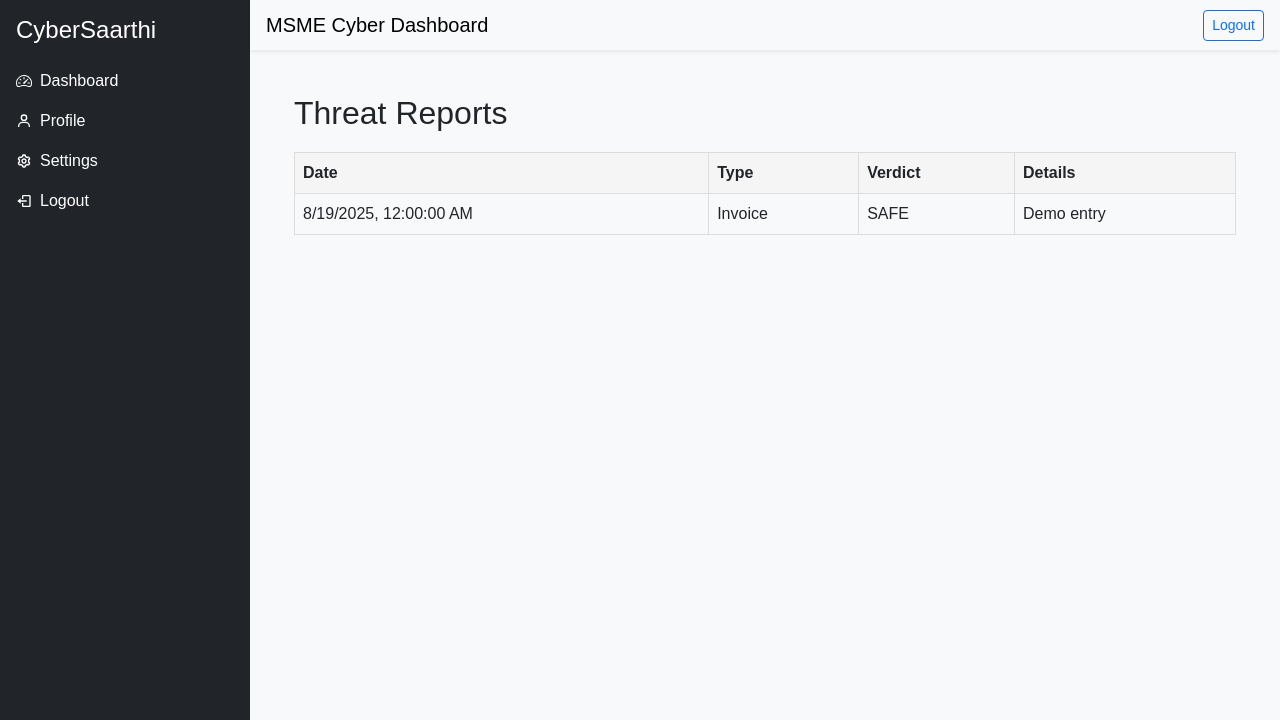
Repository: riyaaaa19/CyberSaarthi
Page: /reports (app in frontend/)
These files come from the project's save history. The page is drawn as it stood at one moment and after the next save; the edit follows.
The browser window is 1280 px wide. The pictures show the whole page.
The page's requests for data from a server got no answer. The project was rebuilt for these pictures with package versions that can differ from the ones it lists, and the page was loaded fresh each time. No one was signed in, and anything a server would have sent is missing. Also part of the build but not shown: frontend/vite.config.ts, frontend/src/pages/Dashboard.js, frontend/src/pages/Invoice.js, frontend/src/pages/Settings.js.

Above is the page before, as saved 2025-08-20 23:25:04.

### frontend/src/index.js
import React from "react";
import ReactDOM from "react-dom/client";
import App from "./App";
import "bootstrap/dist/css/bootstrap.min.css";
import "./styles/style.css";

const root = ReactDOM.createRoot(document.getElementById("root"));
root.render(<App />);

### frontend/src/App.js
import React from "react";
import { BrowserRouter as Router, Routes, Route, Navigate } from "react-router-dom";
import Sidebar from "./components/Sidebar";
import Navbar from "./components/Navbar";
import Dashboard from "./pages/Dashboard";
import Invoice from "./pages/Invoice";
import Reports from "./pages/Reports";
import Settings from "./pages/Settings";

function App() {
  return (
    <Router>
      <div className="d-flex">
        <Sidebar />
        <div className="flex-grow-1">
          <Navbar />
          <div className="p-4">
            <Routes>
              <Route path="/" element={<Navigate to="/dashboard" />} />
              <Route path="/dashboard" element={<Dashboard />} />
              <Route path="/invoice" element={<Invoice />} />
              <Route path="/reports" element={<Reports />} />
              <Route path="/settings" element={<Settings />} />
            </Routes>
          </div>
        </div>
      </div>
    </Router>
  );
}

export default App;

### frontend/src/styles/style.css
body {
  font-family: 'Poppins', sans-serif;
  background: #f8f9fa;
}
.sidebar {
  width: 250px;
  background: #fff;
  min-height: 100vh;
}
.nav-link.active {
  background-color: #0d6efd !important;
  color: #fff !important;
}

### frontend/src/components/Sidebar.js
import React from "react";
import { Link, useLocation } from "react-router-dom";

// Import correct icons
import { BsSpeedometer2 } from "react-icons/bs";   // Bootstrap speedometer
import { BiUser, BiCog, BiLogOut } from "react-icons/bi"; // Boxicons

function Sidebar() {
  const location = useLocation();

  return (
    <div className="sidebar bg-dark text-white p-3 vh-100">
      <h4 className="mb-4">CyberSaarthi</h4>
      <ul className="list-unstyled">
        <li className="mb-3">
          <Link
            to="/dashboard"
            className={`text-white text-decoration-none d-flex align-items-center ${
              location.pathname === "/dashboard" ? "fw-bold" : ""
            }`}
          >
            <BsSpeedometer2 className="me-2" />
            Dashboard
          </Link>
        </li>
        <li className="mb-3">
          <Link
            to="/profile"
            className={`text-white text-decoration-none d-flex align-items-center ${
              location.pathname === "/profile" ? "fw-bold" : ""
            }`}
          >
            <BiUser className="me-2" />
            Profile
          </Link>
        </li>
        <li className="mb-3">
          <Link
            to="/settings"
            className={`text-white text-decoration-none d-flex align-items-center ${
              location.pathname === "/settings" ? "fw-bold" : ""
            }`}
          >
            <BiCog className="me-2" />
            Settings
          </Link>
        </li>
        <li>
          <Link
            to="/logout"
            className="text-white text-decoration-none d-flex align-items-center"
          >
            <BiLogOut className="me-2" />
            Logout
          </Link>
        </li>
      </ul>
    </div>
  );
}

export default Sidebar;

### frontend/src/components/Navbar.js
import React from "react";

function Navbar() {
  return (
    <nav className="navbar navbar-light bg-light px-3 shadow-sm">
      <span className="navbar-brand mb-0 h5">MSME Cyber Dashboard</span>
      <button className="btn btn-sm btn-outline-primary">Logout</button>
    </nav>
  );
}

export default Navbar;

### frontend/src/pages/Reports.js
import React, { useEffect, useState } from "react";
import { getHistory } from "../services/api";

function Reports() {
  const [reports, setReports] = useState([]);

  useEffect(() => {
    getHistory(50,0).then((page) => {
      const mapped = (page.items || []).map(it => ({
        date: it.created_at,
        type: it.scan_type,
        verdict: it.verdict,
        details: it.explanation
      }));
      setReports(mapped);
    }).catch(() => {
      setReports([{ date: "2025-08-19", type: "Invoice", verdict: "SAFE", details: "Demo entry" }]);
    });
  }, []);

  const tableStyle = { width:"100%", borderCollapse:"collapse", marginTop:"20px" };
  const thtd = { border:"1px solid #ddd", padding:"8px", textAlign:"left" };
  const headerStyle = { ...thtd, background:"#f5f5f5", fontWeight:"bold" };

  return (
    <div style={{ padding:"20px" }}>
      <h2>Threat Reports</h2>
      <table style={tableStyle}>
        <thead>
          <tr>
            <th style={headerStyle}>Date</th>
            <th style={headerStyle}>Type</th>
            <th style={headerStyle}>Verdict</th>
            <th style={headerStyle}>Details</th>
          </tr>
        </thead>
        <tbody>
          {reports.map((r, idx) => (
            <tr key={idx}>
              <td style={thtd}>{new Date(r.date).toLocaleString()}</td>
              <td style={thtd}>{r.type}</td>
              <td style={thtd}>{r.verdict}</td>
              <td style={thtd}>{r.details}</td>
            </tr>
          ))}
        </tbody>
      </table>
    </div>
  );
}

export default Reports;

### frontend/src/services/api.js
const DEFAULT_API_BASE = window.localStorage.getItem('API_BASE') || "http://localhost:8000";
const API_BASE = DEFAULT_API_BASE.replace(/\/$/, "");
const V1 = "/v1";

function getApiKeyHeader() {
  const key = window.localStorage.getItem('API_KEY');
  return key ? { "x-api-key": key } : {};
}

async function handleResp(res) {
  const contentType = res.headers.get('content-type') || '';
  if (!res.ok) {
    let text = await res.text();
    try { text = JSON.parse(text); } catch(e){}
    throw new Error(text.detail || text || 'Request failed');
  }
  if (contentType.includes('application/json')) return res.json();
  return res.text();
}

export async function healthCheck() {
  const res = await fetch(`${API_BASE}${V1}/reports/health`, { headers: getApiKeyHeader() });
  return handleResp(res);
}

export async function getHistory(limit=20, offset=0) {
  const url = new URL(`${API_BASE}${V1}/reports/history`);
  url.searchParams.set('limit', limit);
  url.searchParams.set('offset', offset);
  const res = await fetch(url.toString(), { headers: getApiKeyHeader() });
  return handleResp(res);
}

export async function scanEmail(emailText, lang="en") {
  const body = { email_text: emailText, lang };
  const res = await fetch(`${API_BASE}${V1}/scan/email`, {
    method: 'POST',
    headers: { "Content-Type": "application/json", ...getApiKeyHeader() },
    body: JSON.stringify(body),
  });
  return handleResp(res);
}

export async function scanInvoiceText(invoiceText, lang="en") {
  const body = { invoice_text: invoiceText, lang };
  const res = await fetch(`${API_BASE}${V1}/scan/invoice`, {
    method: 'POST',
    headers: { "Content-Type": "application/json", ...getApiKeyHeader() },
    body: JSON.stringify(body),
  });
  return handleResp(res);
}

export async function uploadInvoiceFile(file) {
  const formData = new FormData();
  formData.append("file", file);
  const res = await fetch(`${API_BASE}${V1}/scan/invoice/upload`, {
    method: "POST",
    headers: getApiKeyHeader(),
    body: formData
  });
  return handleResp(res);
}

export function setRuntimeConfig({ apiBase, apiKey }) {
  if (apiBase !== undefined) window.localStorage.setItem('API_BASE', apiBase);
  if (apiKey !== undefined) {
    if (apiKey === "" || apiKey === null) window.localStorage.removeItem('API_KEY');
    else window.localStorage.setItem('API_KEY', apiKey);
  }
}

export { API_BASE };

### frontend/src/i18n.js
const MESSAGES = {
  en: {
    "email.safe": "Email appears safe.",
    "email.susp": "Suspicious indicators found (possible phishing).",
    "email.mal": "High-risk indicators found (likely phishing).",
    "invoice.safe": "Invoice looks consistent.",
    "invoice.susp": "Suspicious invoice indicators found.",
    "invoice.mal": "Likely fraudulent invoice detected.",
    "settings.title": "Settings",
    "settings.apiBase": "API Base URL",
    "settings.apiKey": "API Key (x-api-key header)",
    "settings.save": "Save",
    "invoice.upload": "Upload invoice file (PDF/image)",
    "invoice.paste": "Or paste invoice text",
    "invoice.scanText": "Scan Text",
    "reports.title": "Threat Reports",
    "dashboard.title": "Dashboard",
  },
  hi: {
    "email.safe": "ईमेल सुरक्षित प्रतीत होता है।",
    "email.susp": "संदिग्ध संकेत मिले (संभावित फ़िशिंग)।",
    "email.mal": "उच्च जोखिम संकेत (संभावित फ़िशिंग)।",
    "invoice.safe": "इनवॉइस सही लगता है।",
    "invoice.susp": "इनवॉइस में संदिग्ध संकेत मिले।",
    "invoice.mal": "संभावित धोखाधड़ी वाला इनवॉइस।",
    "settings.title": "सेटिंग्स",
    "settings.apiBase": "API बेस URL",
    "settings.apiKey": "API कुंजी (x-api-key हेडर)",
    "settings.save": "सहेजें",
    "invoice.upload": "इनवॉइस फ़ाइल अपलोड करें (PDF/इमेज)",
    "invoice.paste": "या इनवॉइस टेक्स्ट पेस्ट करें",
    "invoice.scanText": "टेक्स्ट स्कैन करें",
    "reports.title": "खतरा रिपोर्ट",
    "dashboard.title": "डैशबोर्ड",
  }
};

// Helper to get message
export function t(key) {
  const lang = window.localStorage.getItem("LANG") || "en";
  return MESSAGES[lang]?.[key] || key;
}

// Change language at runtime
export function setLang(lang) {
  window.localStorage.setItem("LANG", lang);
  window.location.reload();
}

Loaded but not shown: frontend/public/index.html (common file)

After the next save:
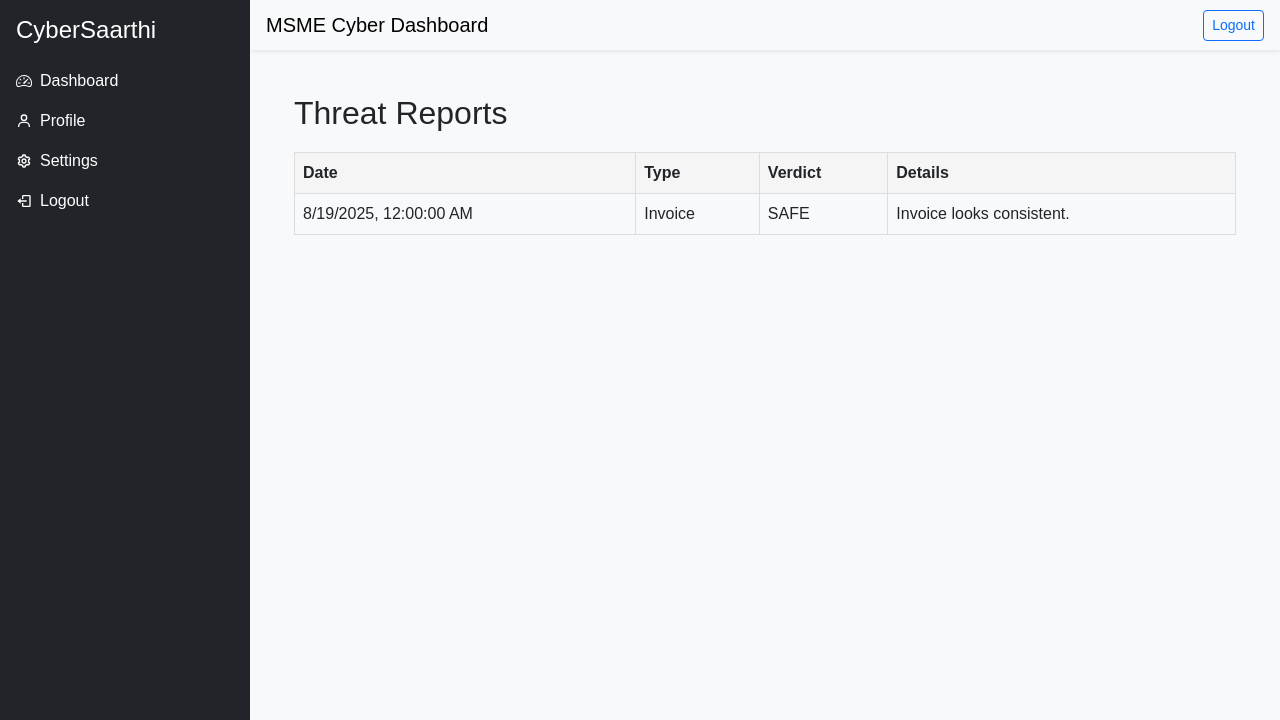
Saved 10 s later.
--- a/frontend/src/pages/Reports.js
+++ b/frontend/src/pages/Reports.js
@@ -1,5 +1,6 @@
 import React, { useEffect, useState } from "react";
 import { getHistory } from "../services/api";
+import { t } from "../i18n";
 
 function Reports() {
   const [reports, setReports] = useState([]);
@@ -14,7 +15,7 @@ function Reports() {
       }));
       setReports(mapped);
     }).catch(() => {
-      setReports([{ date: "2025-08-19", type: "Invoice", verdict: "SAFE", details: "Demo entry" }]);
+      setReports([{ date: "2025-08-19", type: "Invoice", verdict: "SAFE", details: t("invoice.safe") }]);
     });
   }, []);
 
@@ -24,7 +25,7 @@ function Reports() {
 
   return (
     <div style={{ padding:"20px" }}>
-      <h2>Threat Reports</h2>
+      <h2>{t("reports.title")}</h2>
       <table style={tableStyle}>
         <thead>
           <tr>
